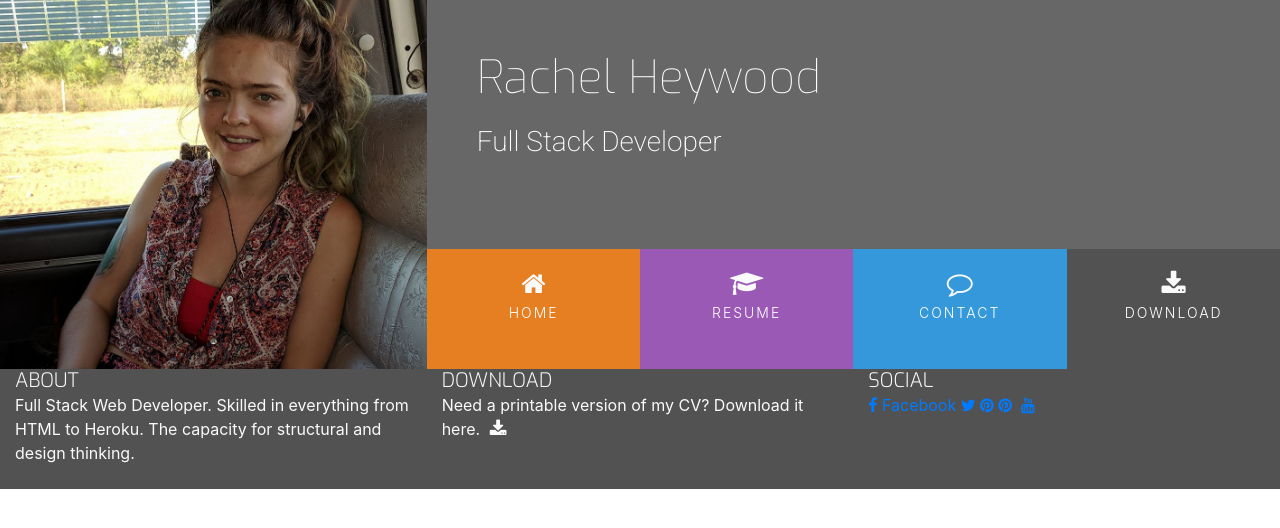
Repository: Heywood93/resume
Page: index.html
The author's editor kept a record of every edit. The page is drawn from the files as they stood at one moment, then again after the next edit.
The browser window is 1280 px wide. The pictures show the whole page.

Above is the page before.

After the next edit:
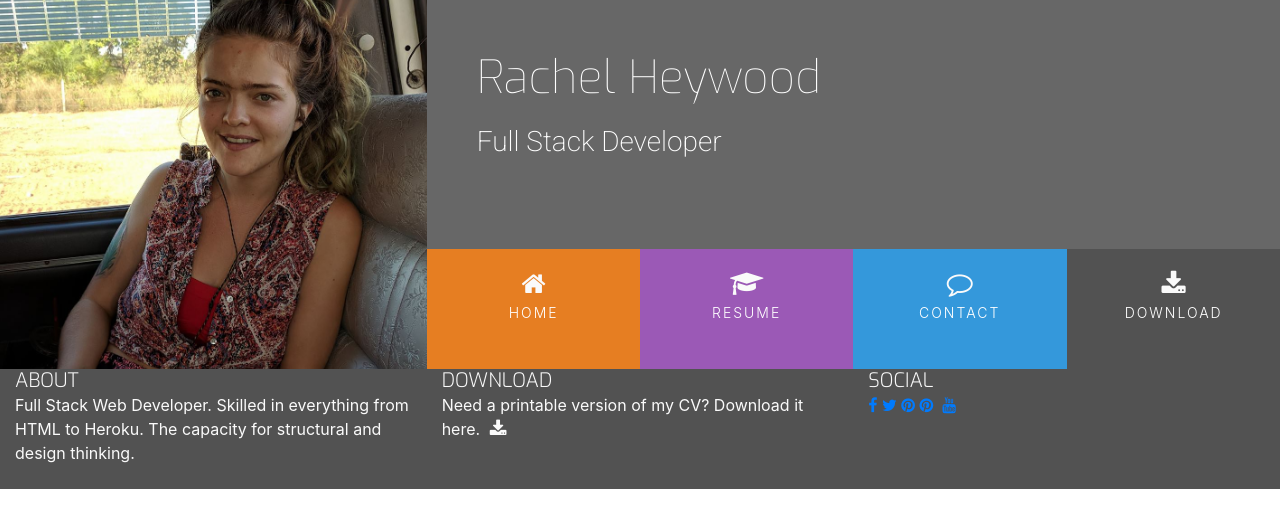
The edit:
--- a/index.html
+++ b/index.html
@@ -73,7 +73,7 @@
                     <li class="list-inline-item">
                         <a target="_blank" href="#">
                             <i class="fa fa-facebook" aria-hidden="true"></i>
-                            <span class="sr-only"></span><span>Facebook</span>
+                            <span class="sr-only">Facebook</span>
                         </a>
                     </li>
                     <li class="list-inline-item">
